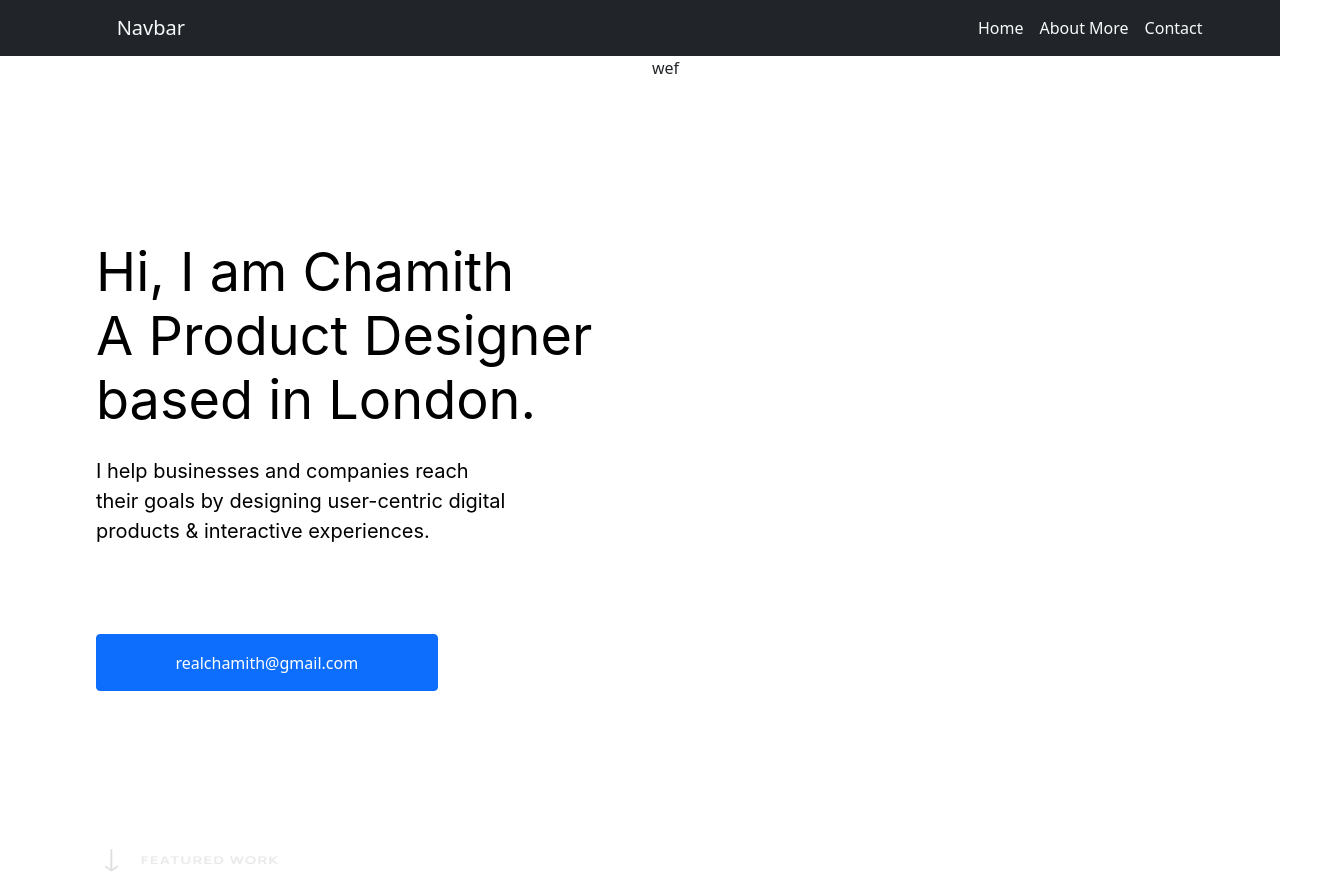
Repository: Realchamithweb/chamith-html
Page: index.html
An editor plug-in stored every save of this project. The page is shown before and after a run of saves, followed by the edit.
The browser window is 1280 px wide. The page is 1344 px wide, so the pictures cover 1344 px, including what lies to the right of the window. The pictures show the part of the page from y = 0 to 896 px (the page is 1990 px tall).

Above is the page before, as saved 2023-01-04 09:33:41.

After the next 3 saves:
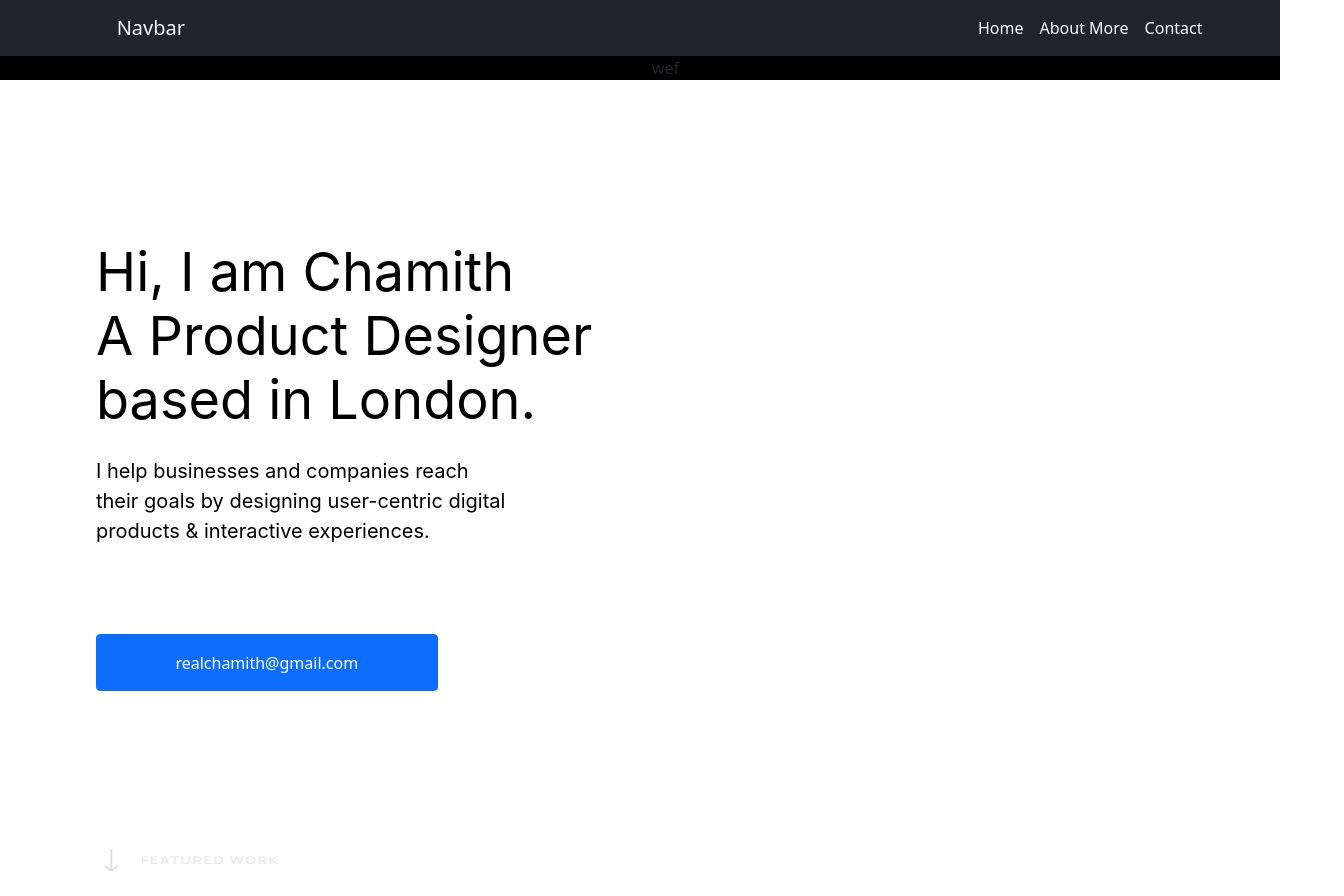
The 3 saves are shown as one change because they came seconds apart.
The last was saved 21 s later.
--- a/css/style.css
+++ b/css/style.css
@@ -1,5 +1,5 @@
 .main{
-
+    background-color: #000000;
 }
 
 .hero-title{
